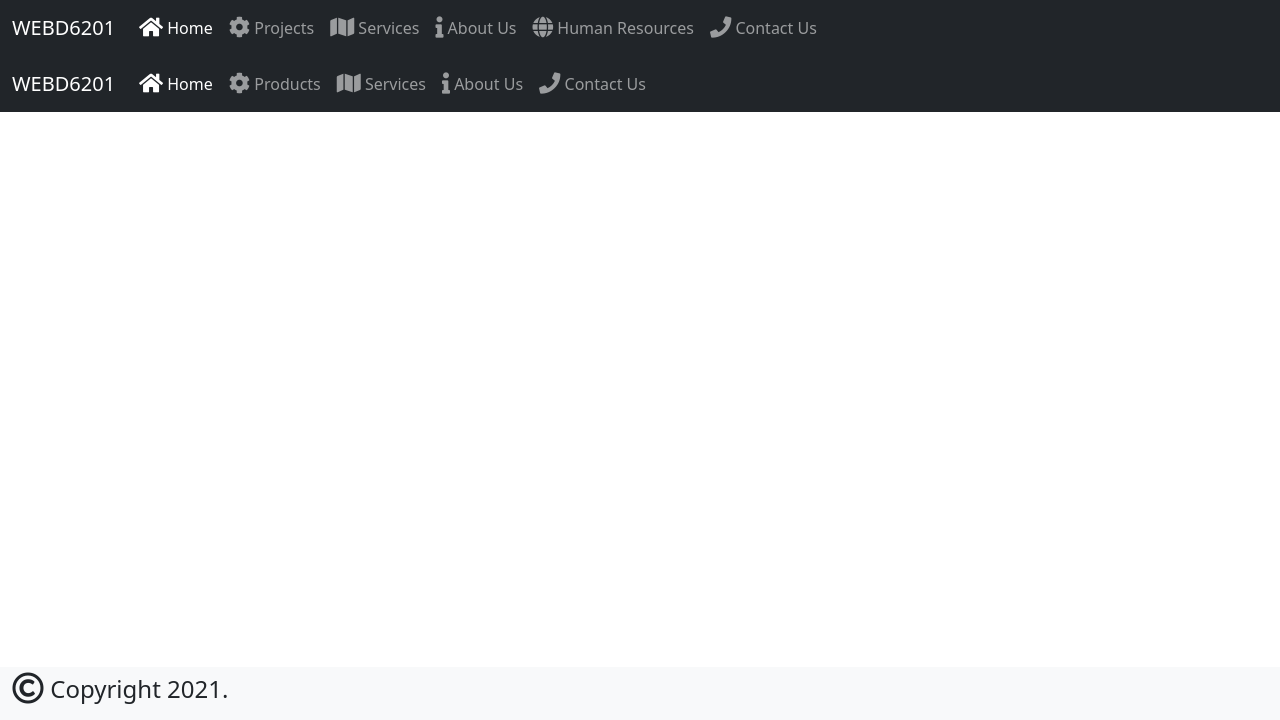
Repository: Sub4Sub/Lab_1
Page: about.html
These files come from the project's save history. The page is drawn as it stood at one moment and after the next save; the edit follows.
The browser window is 1280 px wide. The pictures show the whole page.

Above is the page before, as saved 2021-02-05 15:44:11.
Console error: ReferenceError: displayAbout is not defined

After the next save:
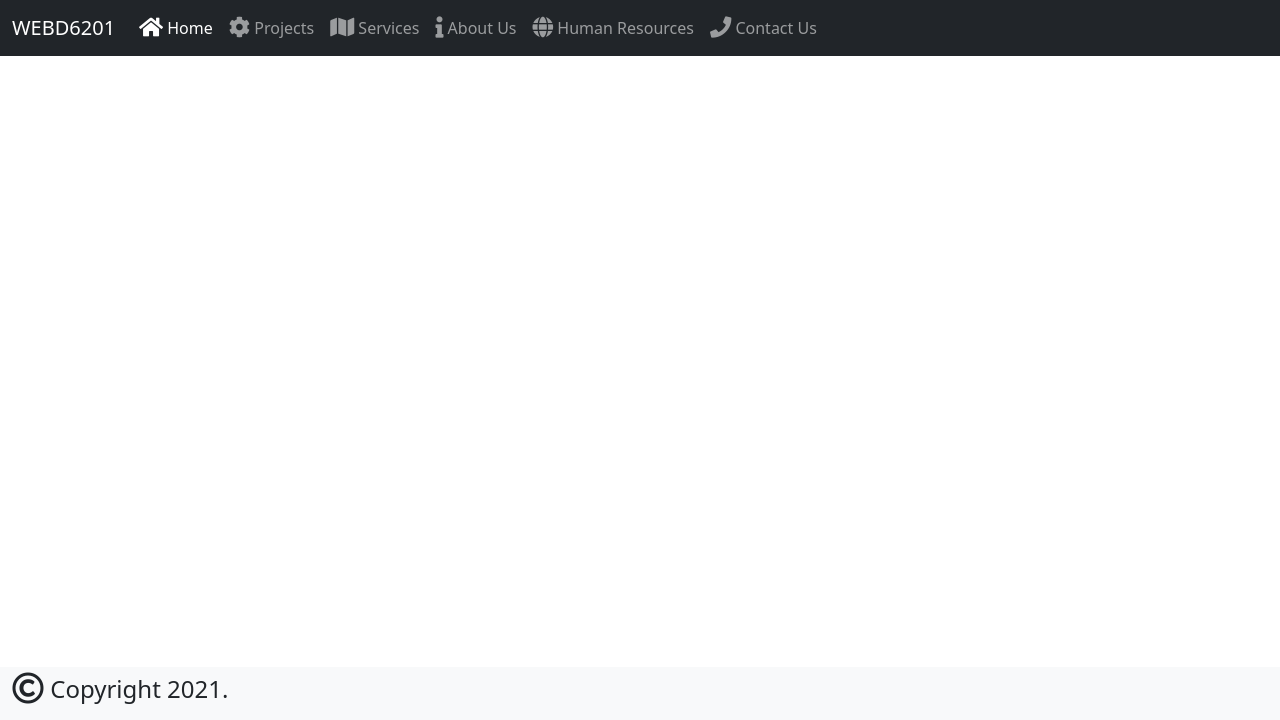
Saved 32 s later.
--- a/about.html
+++ b/about.html
@@ -11,40 +11,6 @@
 </head>
 <body>
     <!-- Main Header -->
-    <header>
-        <!-- Main Navigation -->
-        <nav class="navbar navbar-expand-lg navbar-dark bg-dark">
-            <div class="container-fluid">
-              <a class="navbar-brand" href="index.html">WEBD6201</a>
-              <button class="navbar-toggler" type="button" data-bs-toggle="collapse" data-bs-target="#navbarSupportedContent" aria-controls="navbarSupportedContent" aria-expanded="false" aria-label="Toggle navigation">
-                <span class="navbar-toggler-icon"></span>
-              </button>
-              <div class="collapse navbar-collapse" id="navbarSupportedContent">
-                <ul class="navbar-nav me-auto mb-2 mb-lg-0">
-                  <li class="nav-item">
-                    <a class="nav-link active" aria-current="page" href="index.html"><i class="fas fa-home fa-lg"></i> Home</a>
-                  </li>
-
-                  <li class="nav-item">
-                    <a class="nav-link" id="productsLink" aria-current="page" href="products.html"><i class="fas fa-cog fa-lg"></i> Products</a>
-                  </li>
-
-                  <li class="nav-item">
-                    <a class="nav-link" aria-current="page" href="services.html"><i class="fas fa-map fa-lg"></i> Services</a>
-                  </li>
-
-                  <li class="nav-item" id="aboutUsList">
-                    <a class="nav-link" aria-current="page" href="about.html"><i class="fas fa-info fa-lg"></i> About Us</a>
-                  </li>
-
-                  <li class="nav-item">
-                    <a class="nav-link" aria-current="page" href="contact.html"><i class="fas fa-phone fa-lg"></i> Contact Us</a>
-                  </li>
-                </ul>
-              </div>
-            </div>
-          </nav>
-    </header>
 
     <!-- Main Content -->
     <main class="container">
